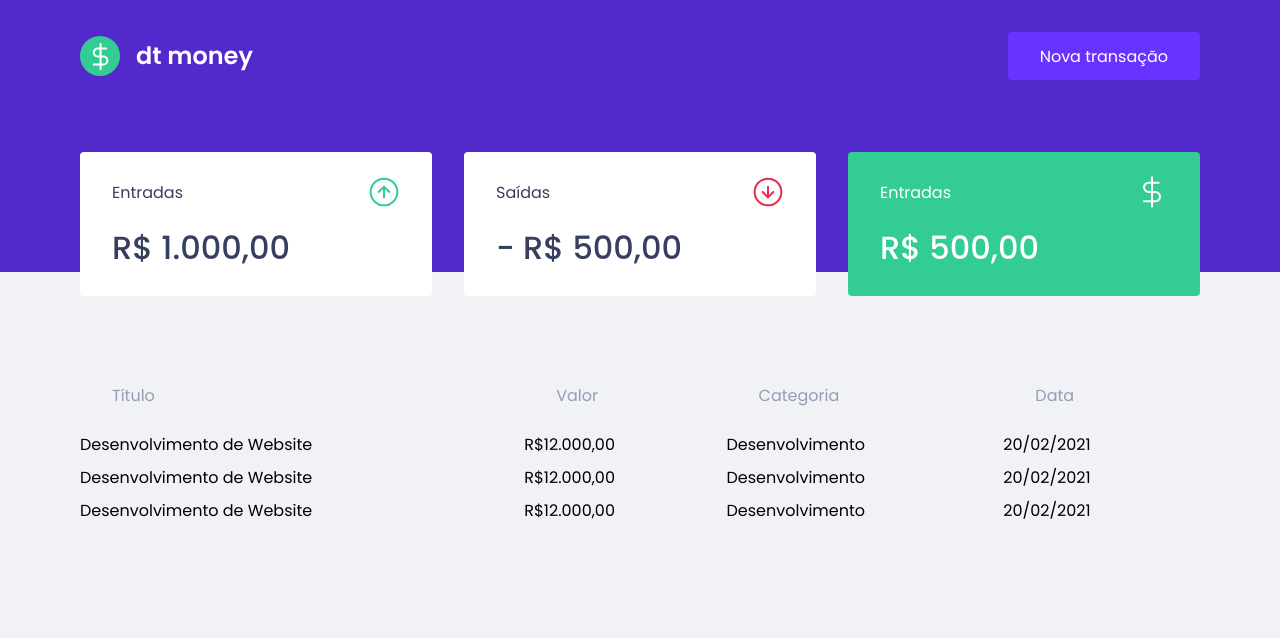
Repository: lucaslopesdevv/dtmoney
Page: /
These files come from the project's save history. The page is drawn as it stood at one moment and after the next save; the edit follows.
The browser window is 1280 px wide. The pictures show the whole page.
The project was rebuilt for these pictures with package versions that can differ from the ones it lists, and the page was loaded fresh each time.

Above is the page before, as saved 2021-12-06 22:05:51.

### public/index.html
<!DOCTYPE html>
<html lang="en">
  <head>
    <link rel="preconnect" href="https://fonts.googleapis.com">
    <link rel="preconnect" href="https://fonts.gstatic.com" crossorigin>
    <meta charset="utf-8" />
    <meta name="viewport" content="width=device-width, initial-scale=1" />

<Link rel="shortcut icon" href="favicon.png" type="image/png"/>

    <title>Dtmoney</title>
    <link href="https://fonts.googleapis.com/css2?family=Poppins:wght@400;500;600&family=Roboto:wght@400;700&display=swap" rel="stylesheet">


  </head>
  <body>
    <noscript>You need to enable JavaScript to run this app.</noscript>
    <div id="root"></div>
  </body>
</html>

### src/App.tsx

import { Dashboard } from "./components/Header/Dashboard";
import { Header } from "./components/Header/index";
import { GlobalStyle } from "./styles/global";

export function App() {
  return (
    <>
      <Header />
      <Dashboard />
      <GlobalStyle />
    </>
  );
}

### src/components/Header/Dashboard/index.tsx
import { Summary } from '../../Summary';
import { TransactionsTable } from '../../TransactionsTable';

import { Container } from './styles';


export function Dashboard() {
    return (
        <Container>
            <Summary />
            <TransactionsTable/>
        </Container>
    );
}

### src/components/Header/index.tsx
import logoImg from '../../assets/logo.svg';
import { Container, Content } from './styles';

export function Header() {
    return (
        <Container>
            <Content>
                <img src={logoImg} alt="dt money" />
                <button type="button">
                    Nova transação
                </button>
            </Content>
        </Container>
    )
}

### src/styles/global.ts
import { createGlobalStyle } from 'styled-components';

export const GlobalStyle = createGlobalStyle`
:root {
    --background: #F0F2F5;
    --red: #e52e4d;
    --green: #33cc95;
    --blue: #5429cc;
    --blue-light: #6933ff;

    --text-title: #363f5f;
    --text-body: #969cb3;

    --shape: #ffffff;
}
    *{
        margin: 0;
        padding: 0;
        box-sizing: boder-box;
    }

/*font-size: 16px (Desktop)*/

html {
    @media (max-width: 1080px){
        font-size: 93.75%; /*15px*/
    }

    @media (max-width: 720px){
        font-size: 87.5%; /*14px*/
    }
}

    body {
        background-color: var(--background);
        -webkit-font-smoothing: antialiased;
    }

    body, input, textarea, button {
        font-family: 'Poppins', sans-serif;
        font-weight: 400;
    }

    h1, h2, h3, h4, h5, h6, strong{
        font-weight: 600;
    }

    button{
        cursor: pointer;
    }

    [disabled] {
        opacity: 0.6;
        cursor: not-allowed;
    }


`

### src/components/Summary/index.tsx
import incomeImg from '../../assets/income.svg';
import outcomeImg from '../../assets/outcome.svg';
import totalImg from '../../assets/total.svg';

import { Container } from './styles';

export function Summary() {
    return (
        <Container>
            <div>
                <header>
                    <p>Entradas</p>
                    <img src={incomeImg} alt="Entradas" />
                </header>
                <strong>R$ 1.000,00</strong>
            </div>

            <div>
                <header>
                    <p>Saídas</p>
                    <img src={outcomeImg} alt="Saídas" />
                </header>
                <strong>- R$ 500,00</strong>
            </div>

            <div className="highlight-background">
                <header>
                    <p>Entradas</p>
                    <img src={totalImg} alt="Total" />
                </header>
                <strong>R$ 500,00</strong>
            </div>
        </Container>
    )
}

### src/components/TransactionsTable/index.tsx
import { Container } from "./styles";

export function TransactionsTable(){
    return (
        <Container>
            <table>
                <thead>
                    <tr>
                        <th>Título</th>
                        <th>Valor</th>
                        <th>Categoria</th>
                        <th>Data</th>
                    </tr>
                </thead>
                <tbody>
                    <tr>
                        <td>Desenvolvimento de Website</td>
                        <td>R$12.000,00</td>
                        <td>Desenvolvimento</td>
                        <td>20/02/2021</td>
                    </tr>
                    <tr>
                        <td>Desenvolvimento de Website</td>
                        <td>R$12.000,00</td>
                        <td>Desenvolvimento</td>
                        <td>20/02/2021</td>
                    </tr>
                    <tr>
                        <td>Desenvolvimento de Website</td>
                        <td>R$12.000,00</td>
                        <td>Desenvolvimento</td>
                        <td>20/02/2021</td>
                    </tr>
                </tbody>
            </table>
        </Container>
    );
};

### src/components/Header/Dashboard/styles.ts
import styled from "styled-components";

export const Container = styled.main`

    max-width: 1120px;
    margin: 0 auto;
    padding: 2.5rem 1rem;
`;

### src/components/Header/styles.ts
import styled from 'styled-components';

export const Container = styled.header`
background: var(--blue);

`;

export const Content = styled.div`
    max-width: 1120px;
    margin: 0 auto;

    padding: 2rem 1rem 12rem;
    display: flex;
    align-items: center;
    justify-content: space-between;

button{
    font-size: 1rem;
    color: #FFF;
    background: var(--blue-light);
    border: 0;
    padding: 0 2rem;
    border-radius: 0.25rem;
    height: 3rem;

    transition: filter 0.2s;

    &:hover{
        filter: brightness(0.9);
    }
}
`;

### src/components/Summary/styles.ts
import styled from "styled-components";

export const Container = styled.div`
    display: grid;
    grid-template-columns: repeat(3, 1fr);
    gap: 2rem;
    margin-top: -10rem;

    div {
        background: var(--shape);
        padding: 1.5rem 2rem;
        border-radius: 0.25rem;
        color: var(--text-title);


    header{
        display: flex;
        align-items: center;
        justify-content: space-between;
    }

    strong {
        display: block;
        margin-top: 1rem;
        font-size: 2rem;
        font-weight: 500;
        line-height: 3rem;
    }

    &.highlight-background{
        background: var(--green);
        color: #FFF;
    }
}
`;

### src/components/TransactionsTable/styles.ts
import styled from "styled-components";

export const Container = styled.div`

    margin-top: 4rem;

    table{
        width: 100%;
        border-spacing: 0 0.5rem;
    }

    th{
        color: var(--text-body);
        font-weight: 400;
        padding: 1rem 2rem;
        text-align: left;
        line-height: 1.5rem;
    }

`;

Loaded but not shown: src/index.tsx (common file)

After the next save:
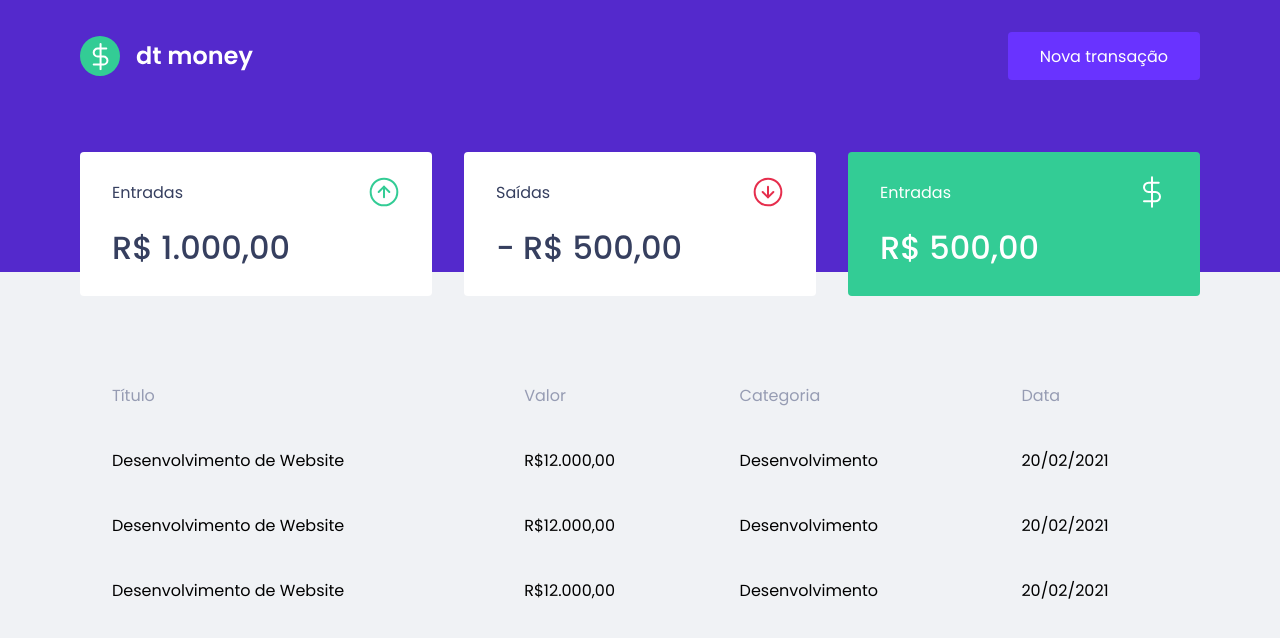
Saved 29 s later.
--- a/src/components/TransactionsTable/styles.ts
+++ b/src/components/TransactionsTable/styles.ts
@@ -17,4 +17,8 @@ export const Container = styled.div`
         line-height: 1.5rem;
     }
 
+    td{
+        padding: 1rem 2rem;
+        border: 0;
+    }
 `;
